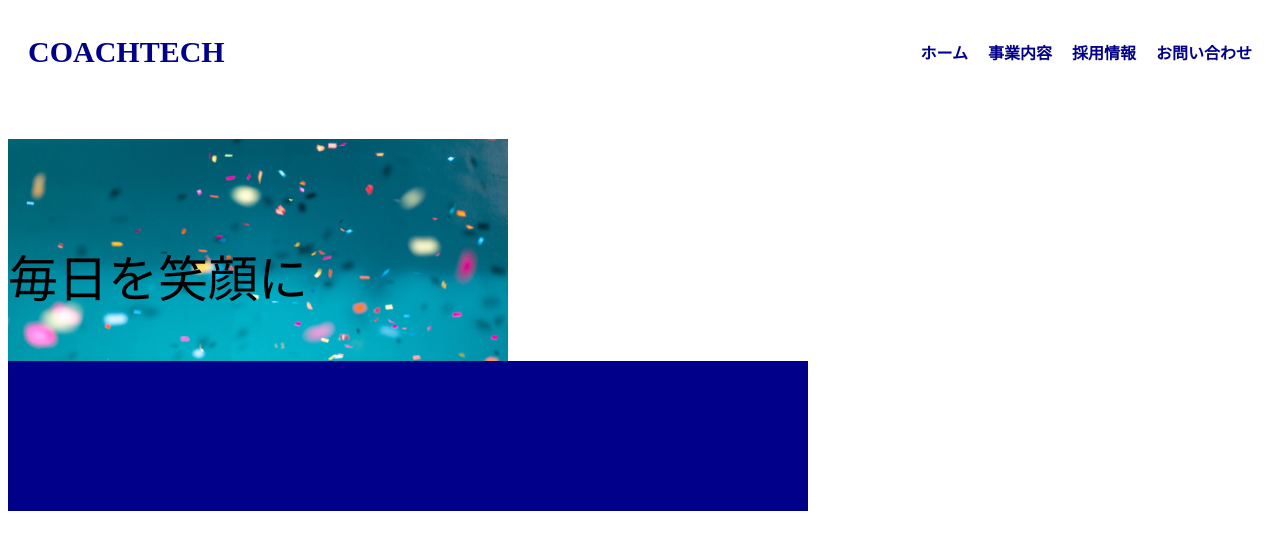
Repository: moro-ayu3/20230213_morohoshi
Page: index.html
These files come from the project's save history. The page is drawn as it stood at one moment and after a run of saves; the edit follows.
The browser window is 1280 px wide. The pictures show the whole page.

Above is the page before, as saved 2023-02-14 21:43:05.

### index.html
<!DOCTYPE html>
<html lang="ja">

  <head>
    <meta charset="UTF-8" />
    <meta name="viewport" content="width=device-width, initial-scale=1.0" />
    <title>css演習問題</title>
    <link rel="stylesheet" href="./style.css">
  </head>

  <body>
   <div class="homepage">
    <header class="header">
     <h1 class="header-ttl">
     COACHTECH
     </h1>
     <ul class="header-list">
      <li class="header-item">ホーム</li><li class="header-item">事業内容</li><li class="header-item">採用情報</li><li class="header-item">お問い合わせ</li>
     </ul>
    </header>
   <main>
     <div class="relative-img">
      <img src="img/firstview.jpeg" width="500" height="300"alt="firstview">
     </div>
     <div class="flex">
      <p class="main-ttl">毎日を笑顔に</p>
      <div class="absolute-blue-box"></div>
     </div>
    </main>
   </div>
  </body>

</html>

### style.css
.homepage {
  width: 100%;
}

.header {
  display: flex;
  justify-content: space-between;
  align-items: center;
  margin-top: 15px;
  color: #00008b;
}

.header-ttl {
  font-size: 30px;
  margin-left: 20px;
}

.header-list {
  display: flex;
  font-weight: bold;
  list-style: none;
}

.header-item {
  margin-right: 20px;
}

.relative-img {
  width: 50px;
  height: 50px;
  margin-top: 50px;
  text-align: right;
  z-index: 10;
}

.img {
  width: 100%;
  height: auto;
}


.flex {
  display: flex;
  flex-direction: column;
}

.main-ttl {
  color: black;
  font-size: 50px;
  text-align: justify;
}

.absolute-blue-box {
  width: 800px;
  height: 150px;
  margin-bottom: 15px;
  z-index: 0;
  background-color: #00008b;
}

After the next 2 saves:
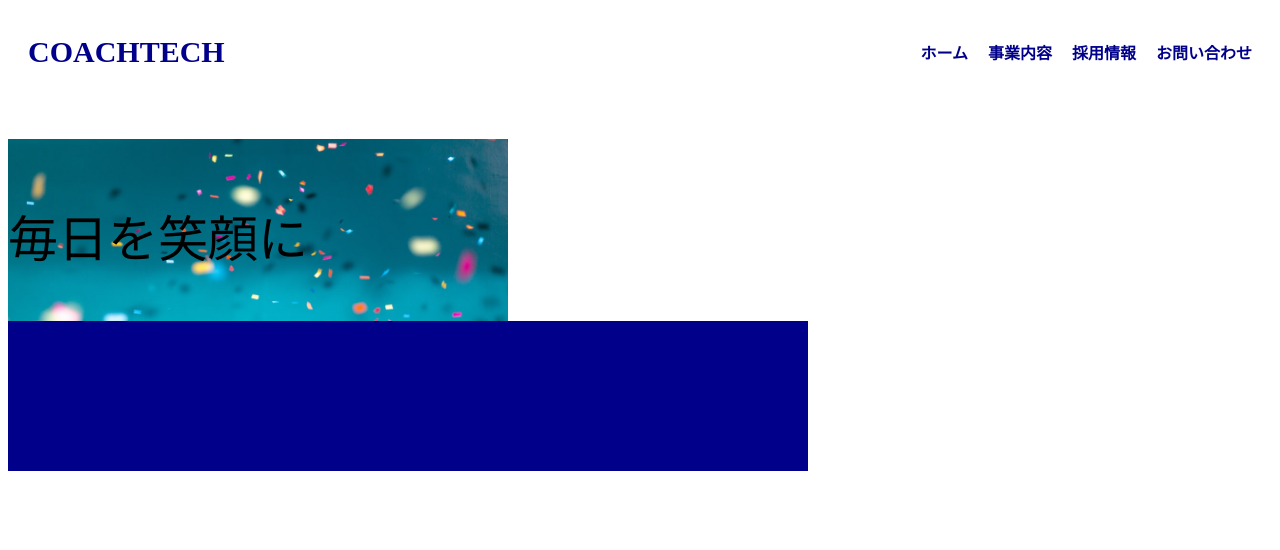
The 2 saves are shown as one change because they came seconds apart.
The last was saved 48 s later.
--- a/style.css
+++ b/style.css
@@ -27,7 +27,7 @@
 
 .relative-img {
   width: 50px;
-  height: 50px;
+  height: 10px;
   margin-top: 50px;
   text-align: right;
   z-index: 10;
